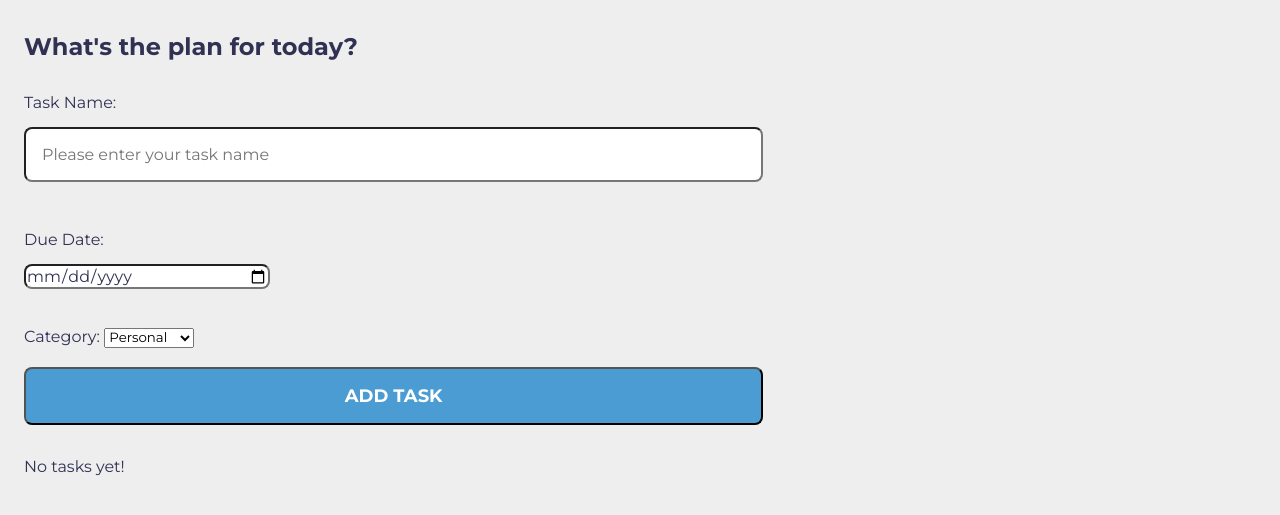
Repository: comp426-2023-spring/a99-SnowPile
Page: http://localhost/
These files come from the project's save history. The page is drawn as it stood at one moment and after the next save; the edit follows.
The browser window is 1280 px wide. The pictures show the whole page.
Some web fonts or font styles are not loaded; a fallback is used. The page is served by the project's Node server (app.js).

Above is the page before, as saved 2023-04-15 21:35:25.

### frontend/views/index.ejs
<!DOCTYPE html>
<html>
  <head>
    <title>Todo List</title>
    <!-- CSS import -->
    <link rel="stylesheet" type="text/css" href="/style.css"/>

    <!-- Set font -->
    <link rel="preconnect" href="https://fonts.googleapis.com">
    <link rel="preconnect" href="https://fonts.gstatic.com" crossorigin>
    <link href="https://fonts.googleapis.com/css2?family=Fira+Sans:ital,wght@0,400;0,700;0,900;1,400&family=Montserrat:ital,wght@0,400;0,700;0,900;1,400&display=swap" rel="stylesheet">
  </head>
  <body>
    <!-- Greeting -->
    <section class="greeting">
      <h2>What's the plan for today?</h2>
    </section>


    <!-- New Todo -->
    <section class="create-todo">
      <form action="/addTask" method="POST">

        <label for="taskName">Task Name:</label>
        <input type="text" placeholder="Please enter your task name" id="taskName" name="taskName" required><br><br>

        <label for="dueDate">Due Date:</label>
        <input type="date" id="dueDate" name="dueDate" required><br><br>

        <label for="category">Category:</label>
        <select id="category" name="category">
          <option value="Personal">Personal</option>
          <option value="Academic">Academic</option>
          <option value="Work">Work</option>
        </select><br><br>

        <input type="submit" value="Add Task">

      </form>
    </section>
    <!-- Display todo list -->
    <section class="todo-list">
      <% if (tasks.length === 0) { %>
        <p>No tasks yet!</p>
      <% } else { %>
        <table>
          <tr>
            <th>Task Name</th>
            <th>Due Date</th>
            <th>Category</th>
            <th>Edit</th>
          </tr>
          <% for (let i = 0; i < tasks.length; i++) { %>
            <tr>
              <td><%= tasks[i].name %></td>
              <td><%= tasks[i].due %></td>
              <td><%= tasks[i].category %></td>
              <td>
                <form action="/editTask/<%= i %>" method="POST">
                  <input type="text" name="taskName" value="<%= tasks[i].name %>" required>
                  <input type="date" name="dueDate" value="<%= tasks[i].due %>" required>
                  <input type="submit" value="Edit">
                </form>
              </td>
            </tr>
          <% } %>
        </table>
      <% } %>
    </section>
  </body>
</html>

### frontend/app.js
const express = require('express');
const bodyParser = require('body-parser');
const app = express();
const port = 3000;

// set up body-parser middleware
app.use(bodyParser.urlencoded({ extended: false }));

// set up view engine
app.set('view engine', 'ejs');

// set up static folder
app.use(express.static('public'));

// initialize tasks array
let tasks = [];

// render index page with tasks array
app.get('/', (req, res) => {
  res.render('index', { tasks: tasks });
});

// create new task and add to tasks array
app.post('/addTask', (req, res) => {
  const taskName = req.body.taskName;
  const dueDate = req.body.dueDate;
  const category = req.body.category;

  const newTask = {
    name: taskName,
    due: dueDate,
    category: category,
  };

  tasks.push(newTask);
  res.redirect('/');
});

// edit existing task
app.post('/editTask/:id', (req, res) => {
  const id = req.params.id;
  const taskName = req.body.taskName;
  const dueDate = req.body.dueDate;

  tasks[id].name = taskName;
  tasks[id].due = dueDate;

  res.redirect('/');
});

// start server
app.listen(port, () => {
  console.log(`App listening at http://localhost:${port}`);
});

### frontend/public/style.css
* {
	margin: 0;
	padding: 0;
	box-sizing: border-box;
	font-family: 'montserrat', sans-serif;
}

body {
	background: #EEE;
	color: #313154;

}
section {
	margin-top: 2rem;
	margin-bottom: 2rem;
	padding-left: 1.5rem;
	padding-right: 1.5rem;
}

h2{
    color: #313154;
}


.create-todo input[type="text"] {
	display: block;
	width: 60%;
	font-size: 1rem;
	padding: 1rem 1rem;
	color: #313154;
	background-color: #FFF;
	border-radius: 0.5rem;
	box-shadow: none;
	margin-bottom: 10px;
	margin-top: 15px;
}
.create-todo input[type="date"] {
	display: block;
	width: 20%;
	font-size: 1rem;
	border-radius: 0.5rem;
	margin-top: 15px;
	color: #313154;
	background-color: #FFF;
}

.create-todo input[type="submit"]{
	display: block;
	width: 60%;
	font-size: 1.125rem;
	padding: 1rem 1.5rem;
	color: #FFF;
	font-weight: 700;
	text-transform: uppercase;
	background-color: #4B9CD3;
	/* box-shadow: #13294B; */
	box-shadow: none;
	border-radius: 0.5rem;
	cursor: pointer;
	transition: 0.2s ease-out;
}
.create-todo input[type="submit"]:hover {
	opacity: 0.75;
}

After the next save:
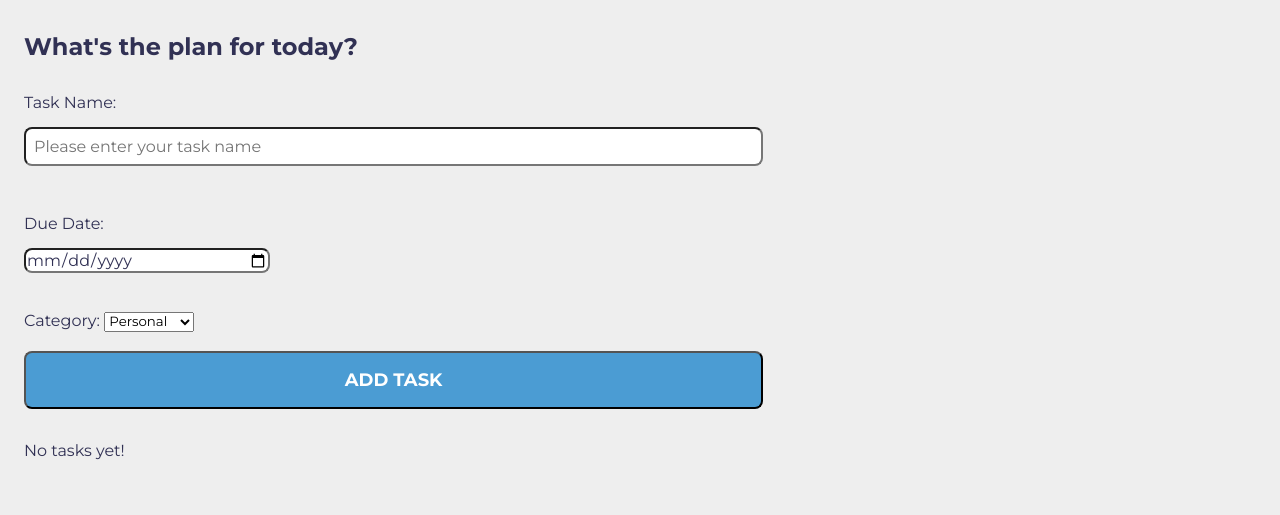
Saved 18 s later.
--- a/frontend/public/style.css
+++ b/frontend/public/style.css
@@ -26,7 +26,7 @@ h2{
 	display: block;
 	width: 60%;
 	font-size: 1rem;
-	padding: 1rem 1rem;
+	padding: 0.5rem 0.5rem;
 	color: #313154;
 	background-color: #FFF;
 	border-radius: 0.5rem;
